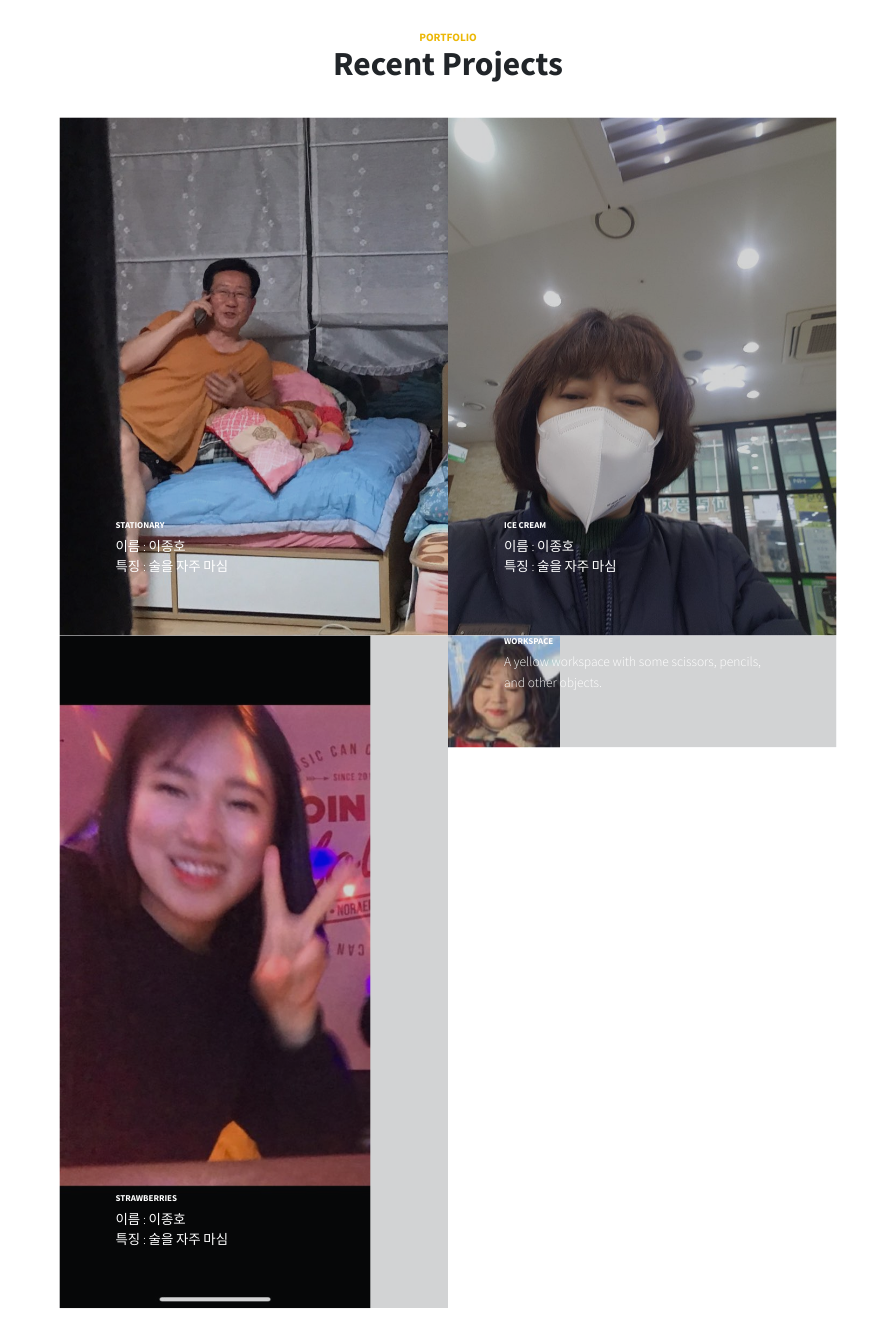
Repository: seungminlll3420/ruby_on_rails
Page: 가족/index.html
The author's editor kept a record of every edit. The page is drawn from the files as they stood at one moment, then again after the next edit.
The browser window is 1280 px wide. The pictures show the part of the page from y = 797 to 2717 px (the page is 3925 px tall), at 70% of full size.

Above is the page before.

### 가족/index.html
<!DOCTYPE html>
<html lang="en">

<head>

  <meta charset="utf-8">
  <meta name="viewport" content="width=device-width, initial-scale=1, shrink-to-fit=no">
  <meta name="description" content="">
  <meta name="author" content="">

  <title>Stylish Portfolio - Start Bootstrap Template</title>

  <!-- Bootstrap Core CSS -->
  <link href="vendor/bootstrap/css/bootstrap.min.css" rel="stylesheet">

  <!-- Custom Fonts -->
  <link href="vendor/fontawesome-free/css/all.min.css" rel="stylesheet" type="text/css">
  <link href="https://fonts.googleapis.com/css?family=Source+Sans+Pro:300,400,700,300italic,400italic,700italic" rel="stylesheet" type="text/css">
  <link href="vendor/simple-line-icons/css/simple-line-icons.css" rel="stylesheet">

  <!-- Custom CSS -->
  <link href="css/stylish-portfolio.css" rel="stylesheet">

</head>

<body id="page-top">

  <!-- Navigation -->
  <a class="menu-toggle rounded" href="#">
    <i class="fas fa-bars"></i>
  </a>
  <nav id="sidebar-wrapper">
    <ul class="sidebar-nav">
      <li class="sidebar-brand">
        <a class="js-scroll-trigger" href="#page-top">Start Bootstrap</a>
      </li>
      <li class="sidebar-nav-item">
        <a class="js-scroll-trigger" href="#page-top">Home</a>
      </li>
      <li class="sidebar-nav-item">
        <a class="js-scroll-trigger" href="#about">About</a>
      </li>
      <li class="sidebar-nav-item">
        <a class="js-scroll-trigger" href="#services">Services</a>
      </li>
      <li class="sidebar-nav-item">
        <a class="js-scroll-trigger" href="#portfolio">Portfolio</a>
      </li>
      <li class="sidebar-nav-item">
        <a class="js-scroll-trigger" href="#contact">Contact</a>
      </li>
    </ul>
  </nav>

  <!-- Header -->
  <header class="masthead d-flex">
    <div class="container text-center my-auto">
      <h1 class="mb-1">우리 가족</h1>
      <h3 class="mb-5">
        <em>A Free Bootstrap Theme by Start Bootstrap</em>
      </h3>
      <a class="btn btn-primary btn-xl js-scroll-trigger" href="#about">Find Out More</a>
    </div>
    <div class="overlay"></div>
  </header>

  <!-- About -->


  <!-- Services -->


  <!-- Callout -->


  <!-- Portfolio -->
  <section class="content-section" id="portfolio">
    <div class="container">
      <div class="content-section-heading text-center">
        <h3 class="text-secondary mb-0">Portfolio</h3>
        <h2 class="mb-5">Recent Projects</h2>
      </div>
      <div class="row no-gutters">
        <div class="col-lg-6">
          <a class="portfolio-item" href="#">
            <span class="caption">
              <span class="caption-content">
                <h2>Stationary</h2>
                <p class="mb-0">이름 : 이종호</p>
                <p class="mb-1"> 특징 : 술을 자주 마심</p>
              </span>
            </span>
            <img class="img-fluid" src="./../img/이종호.jpg" alt="">
          </a>
        </div>
        <div class="col-lg-6">
          <a class="portfolio-item" href="#">
            <span class="caption">
              <span class="caption-content">
                <h2>Ice Cream</h2>
                <p class="mb-0">이름 : 이종호</p>
                <p class="mb-1"> 특징 : 술을 자주 마심</p>
              </span>
            </span>
            <img class="img-fluid" src="./../img/길숙희.jpg" alt="">
          </a>
        </div>
        <div class="col-lg-6">
          <a class="portfolio-item" href="#">
            <span class="caption">
              <span class="caption-content">
                <h2>Strawberries</h2>
               <p class="mb-0">이름 : 이종호</p>
                <p class="mb-1"> 특징 : 술을 자주 마심</p>
              </span>
            </span>
            <img class="img-fluid" src="./../img/이지영.jpg" alt="">
          </a>
        </div>
        <div class="col-lg-6">
          <a class="portfolio-item" href="#">
            <span class="caption">
              <span class="caption-content">
                <h2>Workspace</h2>
                <p class="mb-0">A yellow workspace with some scissors, pencils, and other objects.</p>
              </span>
            </span>
            <img class="img-fluid" src="./../img/이소연.jpg" alt="">
          </a>
        </div>
      </div>
    </div>
  </section>

  <!-- Call to Action -->
  <section class="content-section bg-primary text-white">
    <div class="container text-center">
      <h2 class="mb-4">The buttons below are impossible to resist...</h2>
      <a href="#" class="btn btn-xl btn-light mr-4">Click Me!</a>
      <a href="#" class="btn btn-xl btn-dark">Look at Me!</a>
    </div>
  </section>

  <!-- Map -->
  <section id="contact" class="map">
    <iframe width="100%" height="100%" frameborder="0" scrolling="no" marginheight="0" marginwidth="0" src="https://maps.google.com/maps?f=q&amp;source=s_q&amp;hl=en&amp;geocode=&amp;q=Twitter,+Inc.,+Market+Street,+San+Francisco,+CA&amp;aq=0&amp;oq=twitter&amp;sll=28.659344,-81.187888&amp;sspn=0.128789,0.264187&amp;ie=UTF8&amp;hq=Twitter,+Inc.,+Market+Street,+San+Francisco,+CA&amp;t=m&amp;z=15&amp;iwloc=A&amp;output=embed"></iframe>
    <br />
    <small>
      <a href="https://maps.google.com/maps?f=q&amp;source=embed&amp;hl=en&amp;geocode=&amp;q=Twitter,+Inc.,+Market+Street,+San+Francisco,+CA&amp;aq=0&amp;oq=twitter&amp;sll=28.659344,-81.187888&amp;sspn=0.128789,0.264187&amp;ie=UTF8&amp;hq=Twitter,+Inc.,+Market+Street,+San+Francisco,+CA&amp;t=m&amp;z=15&amp;iwloc=A"></a>
    </small>
  </section>

  <!-- Footer -->
  <footer class="footer text-center">
    <div class="container">
      <ul class="list-inline mb-5">
        <li class="list-inline-item">
          <a class="social-link rounded-circle text-white mr-3" href="#">
            <i class="icon-social-facebook"></i>
          </a>
        </li>
        <li class="list-inline-item">
          <a class="social-link rounded-circle text-white mr-3" href="#">
            <i class="icon-social-twitter"></i>
          </a>
        </li>
        <li class="list-inline-item">
          <a class="social-link rounded-circle text-white" href="#">
            <i class="icon-social-github"></i>
          </a>
        </li>
      </ul>
      <p class="text-muted small mb-0">Copyright &copy; Your Website 2019</p>
    </div>
  </footer>

  <!-- Scroll to Top Button-->
  <a class="scroll-to-top rounded js-scroll-trigger" href="#page-top">
    <i class="fas fa-angle-up"></i>
  </a>

  <!-- Bootstrap core JavaScript -->
  <script src="vendor/jquery/jquery.min.js"></script>
  <script src="vendor/bootstrap/js/bootstrap.bundle.min.js"></script>

  <!-- Plugin JavaScript -->
  <script src="vendor/jquery-easing/jquery.easing.min.js"></script>

  <!-- Custom scripts for this template -->
  <script src="js/stylish-portfolio.min.js"></script>

</body>

</html>

### 가족/css/stylish-portfolio.css
/*!
 * Start Bootstrap - Stylish Portfolio v5.0.7 (https://startbootstrap.com/template-overviews/stylish-portfolio)
 * Copyright 2013-2019 Start Bootstrap
 * Licensed under MIT (https://github.com/BlackrockDigital/startbootstrap-stylish-portfolio/blob/master/LICENSE)
 */

body,
html {
  width: 100%;
  height: 100%;
}

body {
  font-family: 'Source Sans Pro';
}

.btn-xl {
  padding: 1.25rem 2.5rem;
}

.content-section {
  padding-top: 7.5rem;
  padding-bottom: 7.5rem;
}

.content-section-heading h2 {
  font-size: 3rem;
}

.content-section-heading h3 {
  font-size: 1rem;
  text-transform: uppercase;
}

h1,
h2,
h3,
h4,
h5,
h6 {
  font-weight: 700;
}

.text-faded {
  color: rgba(255, 255, 255, 0.7);
}

/* Map */
.map {
  height: 30rem;
}

@media (max-width: 992px) {
  .map {
    height: 75%;
  }
}

.map iframe {
  pointer-events: none;
}

.scroll-to-top {
  position: fixed;
  right: 15px;
  bottom: 15px;
  display: none;
  width: 50px;
  height: 50px;
  text-align: center;
  color: white;
  background: rgba(52, 58, 64, 0.5);
  line-height: 45px;
}

.scroll-to-top:focus, .scroll-to-top:hover {
  color: white;
}

.scroll-to-top:hover {
  background: #343a40;
}

.scroll-to-top i {
  font-weight: 800;
}

.masthead {
  min-height: 30rem;
  position: relative;
  display: table;
  width: 100%;
  height: auto;
  padding-top: 8rem;
  padding-bottom: 8rem;
  background: linear-gradient(90deg, rgba(255, 255, 255, 0.1) 0%, rgba(255, 255, 255, 0.1) 100%), url("../img/bg-masthead.jpg");
  background-position: center center;
  background-repeat: no-repeat;
  background-size: cover;
}

.masthead h1 {
  font-size: 4rem;
  margin: 0;
  padding: 0;
}

@media (min-width: 992px) {
  .masthead {
    height: 100vh;
  }
  .masthead h1 {
    font-size: 5.5rem;
  }
}

/* Side Menu */
#sidebar-wrapper {
  position: fixed;
  z-index: 2;
  right: 0;
  width: 250px;
  height: 100%;
  transition: all 0.4s ease 0s;
  transform: translateX(250px);
  background: #1D809F;
  border-left: 1px solid rgba(255, 255, 255, 0.1);
}

.sidebar-nav {
  position: absolute;
  top: 0;
  width: 250px;
  margin: 0;
  padding: 0;
  list-style: none;
}

.sidebar-nav li.sidebar-nav-item a {
  display: block;
  text-decoration: none;
  color: #fff;
  padding: 15px;
}

.sidebar-nav li a:hover {
  text-decoration: none;
  color: #fff;
  background: rgba(255, 255, 255, 0.2);
}

.sidebar-nav li a:active,
.sidebar-nav li a:focus {
  text-decoration: none;
}

.sidebar-nav > .sidebar-brand {
  font-size: 1.2rem;
  background: rgba(52, 58, 64, 0.1);
  height: 80px;
  line-height: 50px;
  padding-top: 15px;
  padding-bottom: 15px;
  padding-left: 15px;
}

.sidebar-nav > .sidebar-brand a {
  color: #fff;
}

.sidebar-nav > .sidebar-brand a:hover {
  color: #fff;
  background: none;
}

#sidebar-wrapper.active {
  right: 250px;
  width: 250px;
  transition: all 0.4s ease 0s;
}

.menu-toggle {
  position: fixed;
  right: 15px;
  top: 15px;
  width: 50px;
  height: 50px;
  text-align: center;
  color: #fff;
  background: rgba(52, 58, 64, 0.5);
  line-height: 50px;
  z-index: 999;
}

.menu-toggle:focus, .menu-toggle:hover {
  color: #fff;
}

.menu-toggle:hover {
  background: #343a40;
}

.service-icon {
  background-color: #fff;
  color: #1D809F;
  height: 7rem;
  width: 7rem;
  display: block;
  line-height: 7.5rem;
  font-size: 2.25rem;
  box-shadow: 0 3px 3px 0 rgba(0, 0, 0, 0.1);
}

.callout {
  padding: 15rem 0;
  background: linear-gradient(90deg, rgba(255, 255, 255, 0.1) 0%, rgba(255, 255, 255, 0.1) 100%), url("../img/bg-callout.jpg");
  background-position: center center;
  background-repeat: no-repeat;
  background-size: cover;
}

.callout h2 {
  font-size: 3.5rem;
  font-weight: 700;
  display: block;
  max-width: 30rem;
}

.portfolio-item {
  display: block;
  position: relative;
  overflow: hidden;
  max-width: 530px;
  margin: auto auto 1rem;
}

.portfolio-item .caption {
  display: flex;
  height: 100%;
  width: 100%;
  background-color: rgba(33, 37, 41, 0.2);
  position: absolute;
  top: 0;
  bottom: 0;
  z-index: 1;
}

.portfolio-item .caption .caption-content {
  color: #fff;
  margin: auto 2rem 2rem;
}

.portfolio-item .caption .caption-content h2 {
  font-size: 0.8rem;
  text-transform: uppercase;
}

.portfolio-item .caption .caption-content p {
  font-weight: 300;
  font-size: 1.2rem;
}

@media (min-width: 992px) {
  .portfolio-item {
    max-width: none;
    margin: 0;
  }
  .portfolio-item .caption {
    -webkit-transition: -webkit-clip-path 0.25s ease-out, background-color 0.7s;
    -webkit-clip-path: inset(0px);
    clip-path: inset(0px);
  }
  .portfolio-item .caption .caption-content {
    transition: opacity 0.25s;
    margin-left: 5rem;
    margin-right: 5rem;
    margin-bottom: 5rem;
  }
  .portfolio-item img {
    -webkit-transition: -webkit-clip-path 0.25s ease-out;
    -webkit-clip-path: inset(-1px);
    clip-path: inset(-1px);
  }
  .portfolio-item:hover img {
    -webkit-clip-path: inset(2rem);
    clip-path: inset(2rem);
  }
  .portfolio-item:hover .caption {
    background-color: rgba(29, 128, 159, 0.9);
    -webkit-clip-path: inset(2rem);
    clip-path: inset(2rem);
  }
}

footer.footer {
  padding-top: 5rem;
  padding-bottom: 5rem;
}

footer.footer .social-link {
  display: block;
  height: 4rem;
  width: 4rem;
  line-height: 4.3rem;
  font-size: 1.5rem;
  background-color: #1D809F;
  transition: background-color 0.15s ease-in-out;
  box-shadow: 0 3px 3px 0 rgba(0, 0, 0, 0.1);
}

footer.footer .social-link:hover {
  background-color: #155d74;
  text-decoration: none;
}

a {
  color: #1D809F;
}

a:hover, a:focus, a:active {
  color: #155d74;
}

.btn-primary {
  background-color: #1D809F !important;
  border-color: #1D809F !important;
  color: #fff !important;
}

.btn-primary:hover, .btn-primary:focus, .btn-primary:active {
  background-color: #155d74 !important;
  border-color: #155d74 !important;
}

.btn-secondary {
  background-color: #ecb807 !important;
  border-color: #ecb807 !important;
  color: #fff !important;
}

.btn-secondary:hover, .btn-secondary:focus, .btn-secondary:active {
  background-color: #ba9106 !important;
  border-color: #ba9106 !important;
}

.btn-dark {
  color: #fff !important;
}

.btn {
  box-shadow: 0px 3px 3px 0px rgba(0, 0, 0, 0.1);
  font-weight: 700;
}

.bg-primary {
  background-color: #1D809F !important;
}

.text-primary {
  color: #1D809F !important;
}

.text-secondary {
  color: #ecb807 !important;
}

Loaded but not shown: 가족/vendor/bootstrap/css/bootstrap.min.css (library); 가족/vendor/fontawesome-free/css/all.min.css (library); 가족/vendor/simple-line-icons/css/simple-line-icons.css (library); 가족/vendor/jquery/jquery.min.js (library); 가족/vendor/bootstrap/js/bootstrap.bundle.min.js (library); 가족/vendor/jquery-easing/jquery.easing.min.js (common file); 가족/js/stylish-portfolio.min.js (common file)

After the next edit:
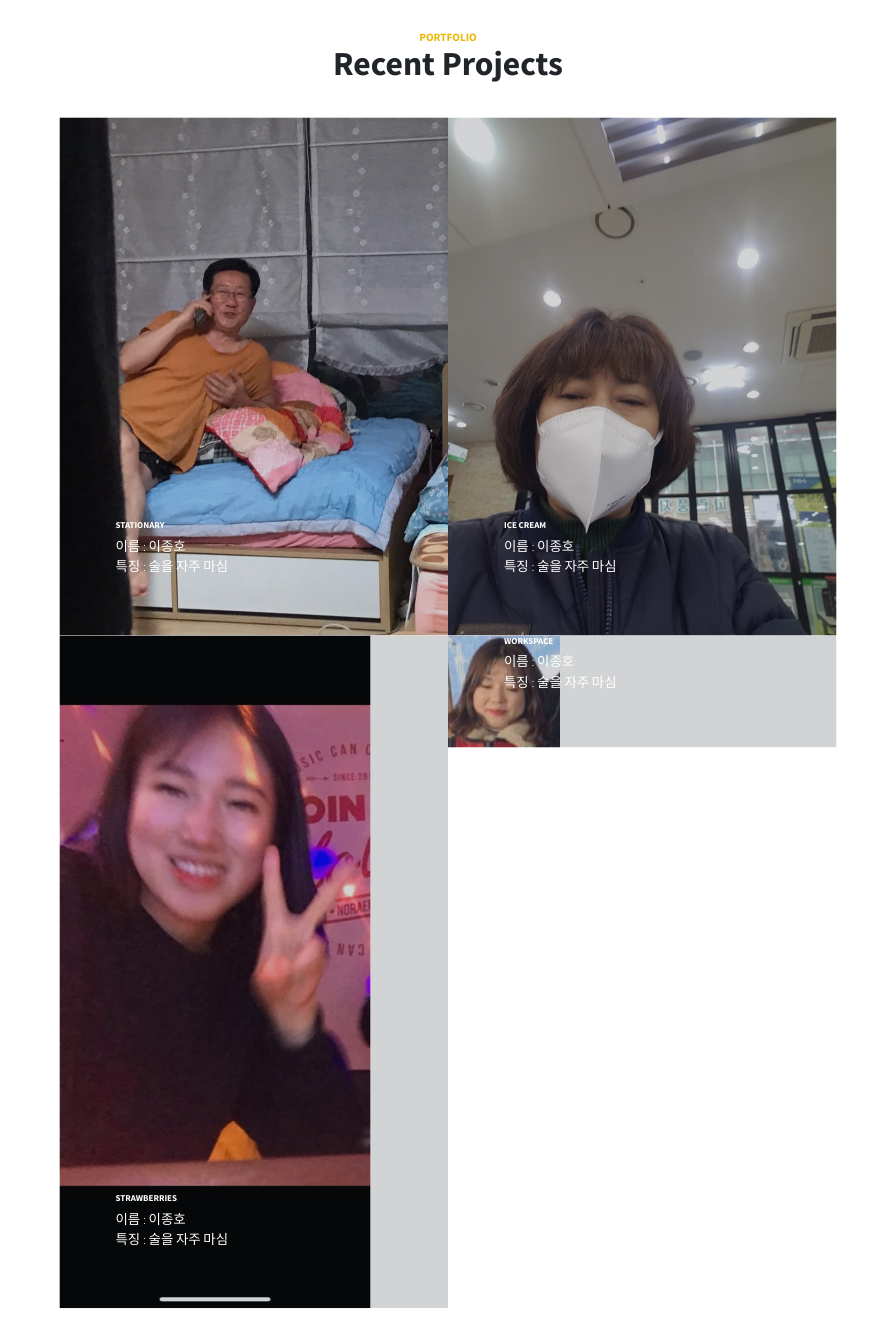
The edit:
--- a/가족/index.html
+++ b/가족/index.html
@@ -122,7 +122,8 @@
             <span class="caption">
               <span class="caption-content">
                 <h2>Workspace</h2>
-                <p class="mb-0">A yellow workspace with some scissors, pencils, and other objects.</p>
+               <p class="mb-0">이름 : 이종호</p>
+                <p class="mb-1"> 특징 : 술을 자주 마심</p>
               </span>
             </span>
             <img class="img-fluid" src="./../img/이소연.jpg" alt="">
